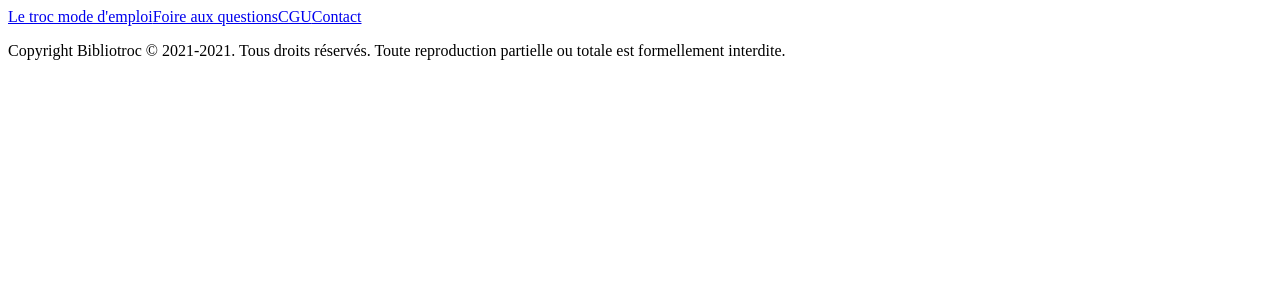
Repository: kagnyGithub/kagnyGithub
Page: templates/bibliotroc/footer.twig
The author's editor kept a copy of each file at every save. The page is drawn from the files as they stood at one save, then again after the next save.
The browser window is 1280 px wide. The pictures show the whole page.
The page is a Twig template of a Symfony application; nobody is signed in and links lead nowhere. The template is opened directly, without the code that normally fills it, so the values that code supplies are empty.

Above is the page before, as saved 2021-12-16 12:38:34.

### templates/bibliotroc/footer.twig
  <!-- footer -->
  <footer class="container-fluid container-footer " >
  <div class="container container-footerb ">
    <div class="row">
      <div class="copyright top10 footertext">
        <a href="fonctionnement-echange-livres.html">Le troc mode d'emploi</a><a href="foire-aux-questions.html">Foire aux questions</a><a href="conditions-generales-utilisation.html">CGU</a><a href="contact.html">Contact</a>
      </div>
      <div class="copyright top10">
        <p>Copyright Bibliotroc © 2021-2021. Tous droits réservés. Toute reproduction partielle ou totale est formellement interdite.</p>
      </div>
    </div>
  </div>
</footer>

After the next save:
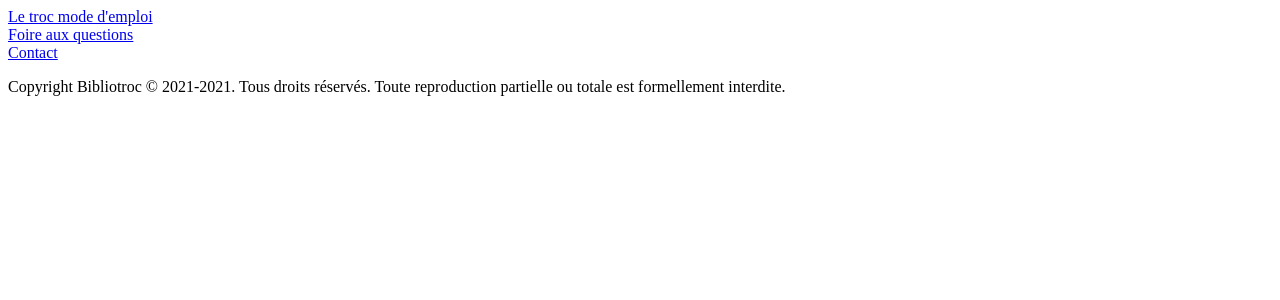
Saved 45 min 19 s later.
--- a/templates/bibliotroc/footer.twig
+++ b/templates/bibliotroc/footer.twig
@@ -3,7 +3,7 @@
   <div class="container container-footerb ">
     <div class="row">
       <div class="copyright top10 footertext">
-        <a href="fonctionnement-echange-livres.html">Le troc mode d'emploi</a><a href="foire-aux-questions.html">Foire aux questions</a><a href="conditions-generales-utilisation.html">CGU</a><a href="contact.html">Contact</a>
+        <a href="#">Le troc mode d'emploi</a><br/><a href="foire-aux-questions.html"> Foire aux questions</a><br/></a><a href="contact.html"> Contact</a>
       </div>
       <div class="copyright top10">
         <p>Copyright Bibliotroc © 2021-2021. Tous droits réservés. Toute reproduction partielle ou totale est formellement interdite.</p>
